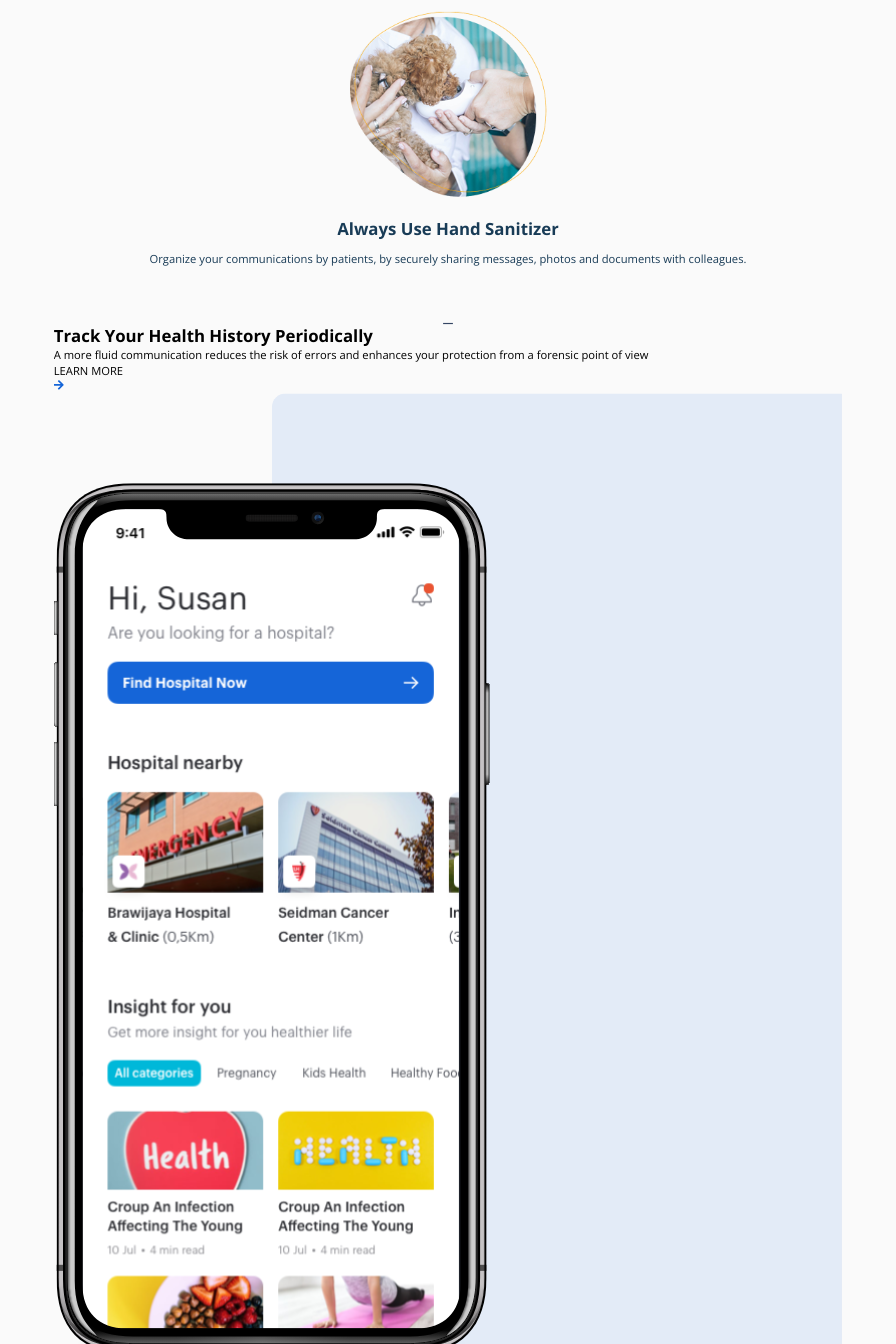
Repository: Esttevo/prova-html-css
Page: index.html
The author's editor kept a copy of each file at every save. The page is drawn from the files as they stood at one save, then again after a run of saves.
The browser window is 1280 px wide. The pictures show the part of the page from y = 4580 to 6500 px (the page is 8392 px tall before and 8406 px after), at 70% of full size.
A picture or video elsewhere on the page could not be fetched, so the positions and the page height are approximate.

Above is the page before, as saved 2026-09-01 15:05:41.

### index.html
<!DOCTYPE html>
<html lang="en">
<head>
    <meta charset="UTF-8">
    <meta name="viewport" content="width=device-width, initial-scale=1.0">
    <title>Document</title>
    <link rel="stylesheet" href="style.css">
</head>
<body>
    <header>
        <img id="header-logo" src="img/icons/Logo.svg" alt="Logo escrita EHYA">

        <nav id="header-nav">
            <a class="no-chevron" href="#">Home</a>
            <a class="with-chevron" href="#">
                Landings
                <img src="img/icons/icon-chevron-down.svg" alt="indica que possui uma lista ao clicar">
            </a>
            <a class="with-chevron" href="#">
                Pages
                <img src="img/icons/icon-chevron-down.svg" alt="indica que possui uma lista ao clicar">
            </a>
            <a href="#">Docs</a>
            <a href="#">Help</a>
            <button>Get it now</button>
        </nav>

        <img src="img/icons/icon-menu-hamburger.svg" alt="Menu hamburger">
    </header>

    <main>
        <section id="section-hero">
            <div id="hero-text">
                <div id="bar-text">
                    <div class="stylization-bar"> a</div>

                    <h4>
                        Changing the way you
                        go to healthcare
                    </h4>
                </div>

                <h1>
                    Primary Care
                    Designed for
                    Real Life
                </h1>

                <p>
                Discuss patients, share notes and documents in a secure manner and be part of a network of health professionals ready to
                collaborate better.
                </p>

                <form id="form-hero" action="#">
                    <input id="text-write" type="text" placeholder="name@youremail.com">
                    <input id="button" type="submit" value="Subscribe">
                </form>
            </div>
            <img src="img/image-hero.png" alt="4 medicos sorrindo e uma medica sobrepondo os 4">
        </section>

        <section id="section-connect">
            <div id="connect-title-subtitle">
                <h2>
                    Connect easily. Collaborate efficiently.
                </h2>

                 <p>
                    Rather than do things the
                    ypical way, we’ve created
                    a membership-based primary
                    care practice truly designed
                    around your needs.
                </p>
            </div>

           <img src="img/Dashboard.svg" alt="dashboard de exemplo de um sistema de agendamento">

           <div id="cards-advantages">
                <div id="card-advantages-doctor">
                     <h2>01</h2>
                     <h3>For Doctor</h3>
                     <p>
                         You get an in-house
                         team to guide and advocate
                         for you through questions
                     </p>
                </div>

                <div id="card-advantages-patient">
                     <h2>02</h2>
                     <h3>For Patient</h3>
                     <p>
                         You get an in-house
                         team to guide and advocate
                         for you through questions
                     </p>
                </div>

                <div id="card-advantages-clinician">
                     <h2>03</h2>
                     <h3>For Clinician</h3>
                     <p>
                         You get an in-house
                         team to guide and advocate
                         for you through questions
                     </p>
                </div>
            </div>
        </section>

        <section id="section-protect">
            <h2>
                Protect yourself and your family first.
            </h2>

            <div id="protect-content-tips">
                <div class="content-tips-card">
                    <img src="img/icons/icon-house.svg" alt="">

                    <h3>
                        Stay at Home first
                    </h3>

                    <p>
                        Our technology makes
                        it practically impossible
                        for any patient data breach to occur
                    </p>
                </div>

                <div class="content-tips-card">
                    <img src="img/icons/icon-hand.svg" alt="">

                    <h3>
                        Wash Your Hands Periodically
                    </h3>

                    <p>
                        You can talk freely and confidently
                        about patients with other health professionals
                         treating them
                    </p>
                </div>

                <div class="content-tips-card">
                    <img src="img/icons/icon-remedy.svg" alt="">

                    <h3>
                        Consume more Vitamin C
                    </h3>

                    <p>
                        A more fluid communication reduces
                        the risk of errors and enhances your
                        protection from a forensic point of view
                    </p>
                </div>

                <div class="content-tips-card">
                    <img src="img/icons/icon-medicament.svg" alt="">

                    <h3>
                        Always Use Hand Sanitizer
                    </h3>

                    <p>
                        Organize your communications
                        by patients, by securely sharing
                        messages, photos and documents
                        with colleagues.
                    </p>
                </div>
            </div>
        </section>

        <section id="section-modern">
            <h2>
                Modern clinics.
                Smart, hassle
                -free care.
            </h2>

            <div id="modern-cards-content">
                <div class="modern-content-img-text">
                    <img src="img/image-medic.svg" alt="equipamentos de medico">
                    <h3>
                        Consume more Vitamin C
                    </h3>

                    <p>
                        A more fluid communication reduces
                        the risk of errors and enhances your
                        protection from a forensic point of view
                    </p>
                </div>

                <div class="modern-content-img-text">
                    <img src="img/image-kid-dad.png" alt="cachorro tomando agua no colo">
                    <h3>
                        Stay at Home first
                    </h3>

                    <p>
                        Our technology makes
                        it practically impossible
                        for any patient data breach to occur
                    </p>
                </div>

                <div class="modern-content-img-text">
                    <img src="img/image-kid.png" alt="Criança caminhando de mão dada">
                    <h3>
                        Wash Your Hands Periodically
                    </h3>

                    <p>
                        You can talk freely and confidently
                        about patients with other health professionals
                         treating them
                    </p>
                </div>

                <div class="modern-content-img-text">
                    <img src="img/image-dog.png" alt="cachorro tomando agua no colo">
                    <h3>
                        Always Use Hand Sanitizer
                    </h3>

                    <p>
                        Organize your communications
                        by patients, by securely sharing
                        messages, photos and documents
                        with colleagues.
                    </p>
                </div>
            </div>
        </section>

        <section id="section-health">
            <div class="health-content-text">
                <div class="stylization-bar"></div>

                <h2>
                     Track Your Health
                     History Periodically
                </h2>

                <p>
                 A more fluid communication reduces
                 the risk of errors and enhances your
                 protection from a forensic
                 point of view
                </p>

                <div id="learn-more">
                     <p>LEARN MORE</p>
                     <img src="img/icons/icon-arrow-right.svg" alt="seta para a direita, clique para ler mais">
                </div>
            </div>

           <img id="image-mobile" src="img/image-health-mobile.svg" alt="iphone em um site de localização de hospitais com mapa e busca">
            <img id="image-desktop" src="img/image-health-desktop.svg" alt="iphone em um site de localização de hospitais com mapa e busca">
           <div id="count-pages">
                <p>1/4 screen</p>

                <div id="img-arrow">
                    <img src="img/icons/icon-button-left.svg" alt="botão para tela da esquerda">
                    <img src="img/icons/icon-button-right.svg" alt="botão para tela da direita">
                </div>
           </div>
        </section>

        <section id="section-resources">
            <article class="selected-resources-card">
                <img src="img/icons/icon-docs.png" alt="simbolo de documento">

                <h3>Stay at Home first</h3>

                <p>
                    A more fluid communication
                    reduces the risk of errors.
                </p>

                <a href="#">
                    READ ARTICLE
                </a>
            </article>

            <article class="resources-card">
                <img src="img/icons/icon-docs.png" alt="simbolo de documento">

                <h3>
                    Wash Your Hands
                </h3>

                <p>
                    A more fluid communication
                    reduces the risk of errors.
                </p>

                <a href="#">
                    READ ARTICLE
                </a>
            </article>

            <article class="resources-card">
                <img src="img/icons/icon-docs.png" alt="simbolo de documento">

                <h3>Use Hand Sanitizer</h3>

                <p>
                    A more fluid communication
                    reduces the risk of errors.
                </p>

                <a href="#">
                    READ ARTICLE
                </a>
            </article>

            <article class="resources-card">
                <img src="img/icons/icon-docs.png" alt="simbolo de documento">

                <h3>Consume Vitamin C</h3>

                <p>
                    A more fluid communication
                    reduces the risk of errors.
                </p>

                <a href="#">
                    READ ARTICLE
                </a>
            </article>
        </section>

        <section id="section-updates">
            <h2>be the first to know our updates</h2>

            <form action="#">
                <input  type="text" id="name" name="name" placeholder="&#xF007; Teste">
                <input  type="text" id="name" name="name" placeholder="&#xF007; Teste">
                <input type="submit" value="Subscribe Us">
            </form>
        </section>
    </main>

    <footer id="footer">
        <div id="footer-content-nav">
            <nav class="nav-footer">
                <a class="nav-title" href="#">Product</a>
                <a class="nav-item" href="#">Landingpage</a>
                <a class="nav-item" href="#">Features</a>
                <a class="nav-item" href="#">Documentation</a>
                <a class="nav-item" href="#">Referral Program</a>
                <a class="nav-item" href="#">Pricing</a>
            </nav>

            <nav class="nav-footer">
                <a class="nav-title" href="#">Services</a>
                <a class="nav-item" href="#">Documentation</a>
                <a class="nav-item" href="#">Design</a>
                <a class="nav-item" href="#">Themes</a>
                <a class="nav-item" href="#">Illustrations</a>
                <a class="nav-item" href="#">UI Kit</a>
            </nav>

            <nav class="nav-footer">
                <a class="nav-title" href="#">Company</a>
                <a class="nav-item" href="#">About</a>
                <a class="nav-item" href="#">Terms</a>
                <a class="nav-item" href="#">Privacy Policy</a>
                <a class="nav-item" href="#">Careers</a>
            </nav>

            <nav class="nav-footer">
                <a class="nav-title" href="#">More</a>
                <a class="nav-item" href="#">Documentation</a>
                <a class="nav-item" href="#">License</a>
                <a class="nav-item" href="#">Changelog</a>
            </nav>
        </div>

        <img src="img/icons/Logo.svg" alt="simbolo de logo">

        <p>Build a modern and creative website with crealand</p>

        <div id="icons-footer">
            <a href="#"><img src="img/icons/Icon-google.svg" alt="icone redirecionamento google"></a>
            <a href="#"><img src="img/icons/icon-twitter.svg" alt="icone redirecionamento email"></a>
            <a href="#"><img src="img/icons/icon-instagram.svg" alt="icone redirecionamento instagram"></a>
            <a href="#"><img src="img/icons/icon-linkedin.svg" alt="icone redirecionamento linkedIn"></a>
        </div>
    </footer>
</body>
</html>

### style.css
@import url('https://fonts.googleapis.com/css2?family=Inter:ital,opsz,wght@0,14..32,100..900;1,14..32,100..900&display=swap');
@import url('https://fonts.googleapis.com/css2?family=Inter:ital,opsz,wght@0,14..32,100..900;1,14..32,100..900&family=Open+Sans:ital,wght@0,300..800;1,300..800&display=swap');

:root {
    --primary-background-color: #FAFAFA;
    --secundary-background-color: #FFFFFF;

    --primary-color: #1565D8;

    --primary-title-font-color: #183B56;

    --primary-subtitle-font-color: #5A7184;

    --primary-font-family: "Open Sans", sans-serif;
    --secundary-font-family: "Inter", sans-serif;

    --color-spacing: #E3E7ED;
}

* {
    margin: 0;
    padding: 0;
    text-decoration: none;
    box-sizing: border-box;
    overflow-x: hidden;
}

body {
    font-family: var(--primary-font-family);
    background-color: var(--primary-background-color);
}

header {
    display: flex;
    justify-content: space-between;
    padding: 1.2rem 1.5rem;

}

#header-nav {
    display: none;
}

#bar-text {
    display: flex;
    flex-direction: column;
    align-items: center;
    gap: 1rem;
    padding: 1.2rem 3rem;
}

.stylization-bar {
    background-color: #344563;;
    width: 14px;
    height: 2px;
    justify-self: center;
}

#bar-text h4 {
    font-size: clamp(14px, 1vw, 30px);
    text-align: center;
    line-height: 150%;
    color: var(--primary-title-font-color);
}

#section-hero {
    display: flex;
    flex-direction: column;
    padding: 0 clamp(1.25rem, 6vw, 9rem);
}

#section-hero h1 {
    color: var(--primary-title-font-color);
    text-align: center;
    line-height: 125%;
    font-weight: 700;
    letter-spacing: 0.2;
    font-family: var(--secundary-font-family);
    padding: 0 1rem;
    font-size: clamp(32px, 5vw, 56px);
}

#section-hero p {
    color: var(--primary-subtitle-font-color);
    text-align: center;
    font-size: 1rem;
    padding-top: 1rem;
    line-height: 175%;
}

#section-hero form {
    display: flex;
    flex-direction: column;
    width: clamp(280px, 100%, 400px);
    padding: 2rem 0;
    justify-self: center;
}

#section-hero #text-write {
    height: 3.8rem;
    border: none;
    border-radius: 0.5rem;
    padding: 1rem;
    font-family: var(--primary-font-family);
}

#section-hero #button {
    background-color: var(--primary-color);
    border: none;
    font-size: var(--primary-font-family);
    color: #FFFFFF;
    border-radius: 0.5rem;
    padding: 0.5rem 0;
    height: 2.5rem;
}

#section-hero img {
    width: clamp(280px, 100%, 540px);
    align-self: center;
    padding-bottom: 3rem;
}

#section-connect {
    display: flex;
    flex-direction: column;
    padding: 0 clamp(1.25rem, 6vw, 9rem);

}

#connect-title-subtitle h2{
    border-top: 1px solid var(--color-spacing);
    color: var(--primary-title-font-color);
    text-align: center;
    padding: 1rem;
    padding-top: 3.7rem;
    line-height: 125%;
    font-family: var(--secundary-font-family);
}

#connect-title-subtitle p {
    color: var(--primary-subtitle-font-color);
    text-align: center;
    line-height: 175%;
    padding-bottom: 0.5rem;
}

#section-connect img {
    width: 438px;
    /* fica certo aos 498, nsei como fazer ainda*/
}

#cards-advantages {
    display: flex;
    flex-direction: column;
    padding-bottom: 3.7rem;
    border-bottom: 1px solid var(--color-spacing);
}

#first-card-advantages {
    display: flex;
    flex-direction: column;
    background-color: var(--secundary-background-color);
    padding: 1rem 1.5rem 1rem 1.5rem;
    border: 1px solid #F8F9FA;
    border-radius: 8px;

}

#first-card-advantages h2 {
    color: var(--primary-color);
    font-size: clamp(24px, 3vw, 48px);
    padding-bottom: 0.8rem;
}

#first-card-advantages h3 {
    font-family: var(--secundary-font-family);
    color: var(--primary-title-font-color);
    padding-bottom: 0.5rem;
}

#first-card-advantages p {
    color: var(--primary-subtitle-font-color);
}

#second-card-advantages {
    display: none;
}

#third-card-advantages {
    display: none;
}

#section-protect {
    display: flex;
    flex-direction: column;
    align-content: center;
    padding: 0 clamp(1.25rem, 6vw, 9rem);

}

#section-protect h2  {
    font-family: var(--secundary-font-family);
    font-size: clamp(24px, 3vw, 48px);
    color: var(--primary-title-font-color);
    padding-bottom: 2rem;
    padding-top: 4rem;
    text-align: center;
    letter-spacing: 0.2;
    font-weight: 700;
}

#protect-content-tips {
    display: flex;
    flex-direction: column;
}

.content-tips-card {
    display: flex;
    flex-direction: column;
    align-items: center;
    padding-bottom: 5rem;
}

.content-tips-card img {
    width: clamp(82px, 9vw, 130px);
    align-self: center;
    margin: 2rem;
}

.content-tips-card h3 {
    font-family: var(--secundary-font-family);
    font-size: clamp(16px, 3vw, 20px);
}
.content-tips-card p {
    color: var(--primary-subtitle-font-color);
    text-align: center;
    padding-top: 0.6rem;
    line-height: 170%;
}

#section-modern {
    display: flex;
    flex-direction: column;
    padding: 0 clamp(1.25rem, 6vw, 9rem);
    margin-bottom: 4.8rem;
}

#section-modern h2 {
    color: var(--primary-title-font-color);
    padding-left: 1rem;
    padding-right: 1rem;
    padding-top: 4.5rem;
    border-top: 1px solid var(--color-spacing);
    font-size: clamp(28px, 5vw, 48px);
    text-align: center;
    line-height: 130%;
}

.modern-content-img-text {
    display: flex;
    flex-direction: column;
    justify-content: center;
    align-items: center;

    padding-top: 3.5rem;
}

.modern-content-img-text h3 {
    color: var(--primary-title-font-color);
    padding-top: 1.8rem;
    padding-bottom: 14px;
    font-size: clamp(22px, 2vw, 24px);
}

.modern-content-img-text p {
    color: var(--primary-title-font-color);
   font-size: clamp(14px, 2vw, 16px);
    line-height: 170%;
    text-align: center;
}

#section-health {
    display: flex;
    flex-direction: column;
    padding: 0 clamp(1.25rem, 6vw, 9rem);
    justify-content: center;
}

#section-health

After the next 2 saves:
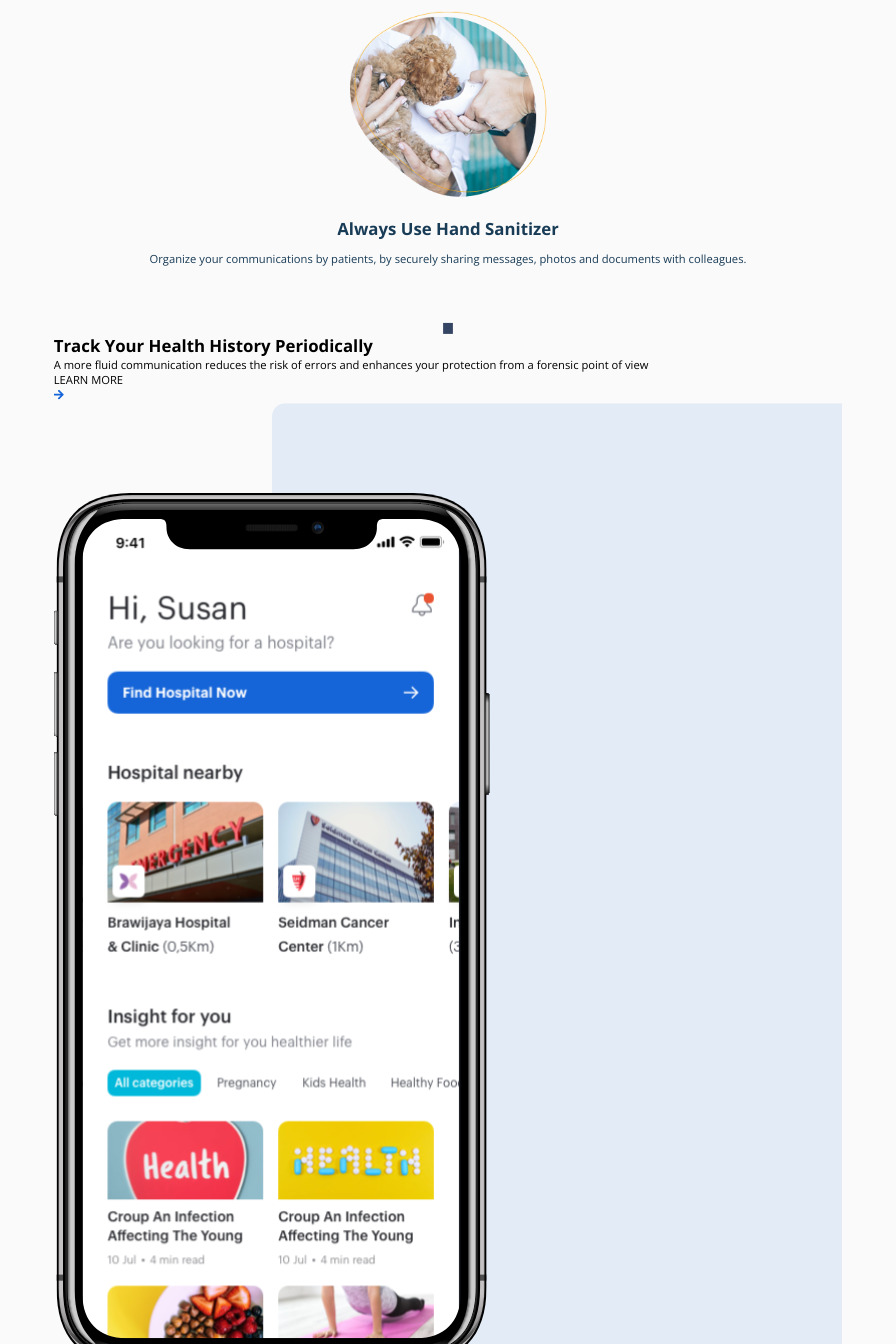
The 2 saves are shown as one change because they came seconds apart.
The last was saved 7 s later.
--- a/style.css
+++ b/style.css
@@ -286,4 +286,6 @@ header {
     justify-content: center;
 }
 
-#section-health
+#section-health .stylization-bar {
+    padding-bottom: 1rem;
+}
